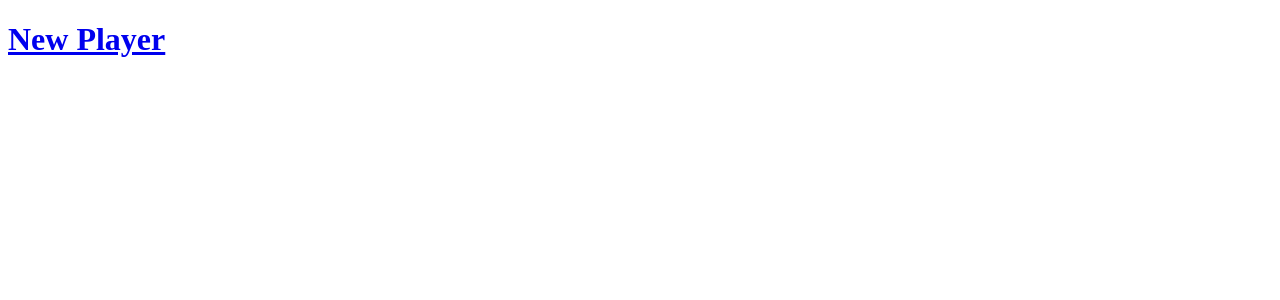
Repository: ohis/JAVAOnTheWeb
Page: http://localhost/TeamRoster/TeamInfo
These files come from the project's save history. The page is drawn as it stood at one moment and after the next save; the edit follows.
The browser window is 1280 px wide. The pictures show the whole page.
The page is served by Tomcat 9.

Above is the page before, as saved 2017-12-04 04:13:39.

After the next save:
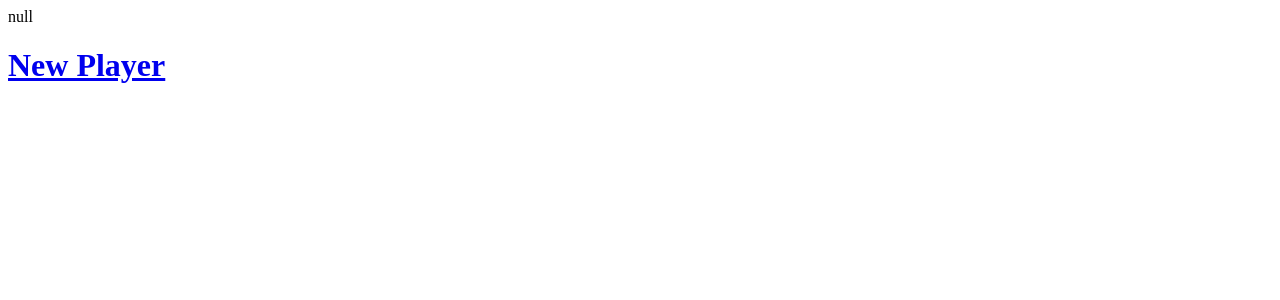
Saved 37 s later.
--- a/servlets/TeamRoster/WebContent/WEB-INF/views/TeamInfo.jsp
+++ b/servlets/TeamRoster/WebContent/WEB-INF/views/TeamInfo.jsp
@@ -7,6 +7,8 @@
 <title>Team Info</title>
 </head>
 <body>
+    <%String t = (String)request.getSession().getAttribute("name"); %>
+        <%= t %>
   <h1><a href="#">New Player</a></h1>
 </body>
 </html>

After the save that followed:
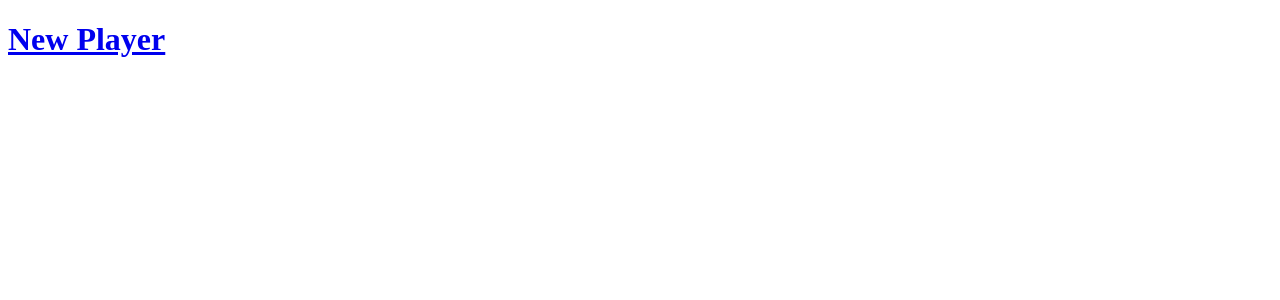
Saved 2 min 8 s later.
--- a/servlets/TeamRoster/WebContent/WEB-INF/views/TeamInfo.jsp
+++ b/servlets/TeamRoster/WebContent/WEB-INF/views/TeamInfo.jsp
@@ -7,8 +7,7 @@
 <title>Team Info</title>
 </head>
 <body>
-    <%String t = (String)request.getSession().getAttribute("name"); %>
-        <%= t %>
+
   <h1><a href="#">New Player</a></h1>
 </body>
 </html>
